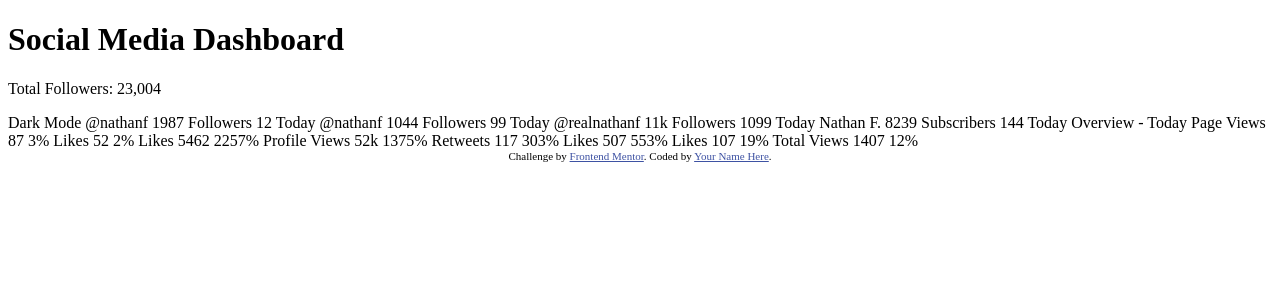
Repository: mamulini/social-media-dashboard-with-theme-switcher-master
Page: index.html
An editor plug-in stored every save of this project. The page is shown before and after the next save, followed by the edit.
The browser window is 1280 px wide. The pictures show the whole page.

Above is the page before, as saved 2020-04-05 23:13:02.

### index.html
<!DOCTYPE html>
<html lang="en">
<head>
  <meta charset="UTF-8">
  <meta name="viewport" content="width=device-width, initial-scale=1.0">
  <link rel="icon" type="image/png" sizes="32x32" href="./images/favicon-32x32.png">
  <link rel="stylesheet" href="./css/style.css">
  <title>Frontend Mentor | [Challenge Name Here]</title>
</head>
<body>
  <main class="dashboard container">
    <header class="header">
      <div class="title">
        <h1 class="title__name">Social Media Dashboard</h1>
        <p class="title__total">Total Followers: 23,004</p>
      </div>
    </header>
  </main>




  Dark Mode



  @nathanf
  1987
  Followers
  12 Today

  @nathanf
  1044
  Followers
  99 Today

  @realnathanf
  11k
  Followers
  1099 Today

  Nathan F.
  8239
  Subscribers
  144 Today



  Overview - Today

  Page Views
  87
  3%

  Likes
  52
  2%

  Likes
  5462
  2257%

  Profile Views
  52k
  1375%

  Retweets
  117
  303%

  Likes
  507
  553%

  Likes
  107
  19%

  Total Views
  1407
  12%

  <div class="attribution">
    Challenge by <a href="https://www.frontendmentor.io?ref=challenge" target="_blank">Frontend Mentor</a>.
    Coded by <a href="#">Your Name Here</a>.
  </div>
</body>
</html>

### css/style.css
.container{
    max-width: 1110px;
}






.attribution { font-size: 11px; text-align: center; }
.attribution a { color: hsl(228, 45%, 44%); }

After the next save:
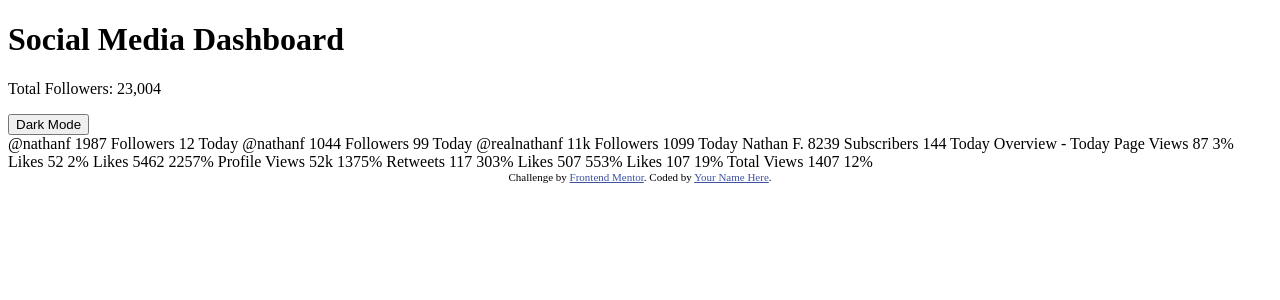
Saved 24 s later.
--- a/index.html
+++ b/index.html
@@ -14,13 +14,14 @@
         <h1 class="title__name">Social Media Dashboard</h1>
         <p class="title__total">Total Followers: 23,004</p>
       </div>
+      <button type="button">Dark Mode</button>
     </header>
   </main>
 
 
 
 
-  Dark Mode
+
 
 
 
